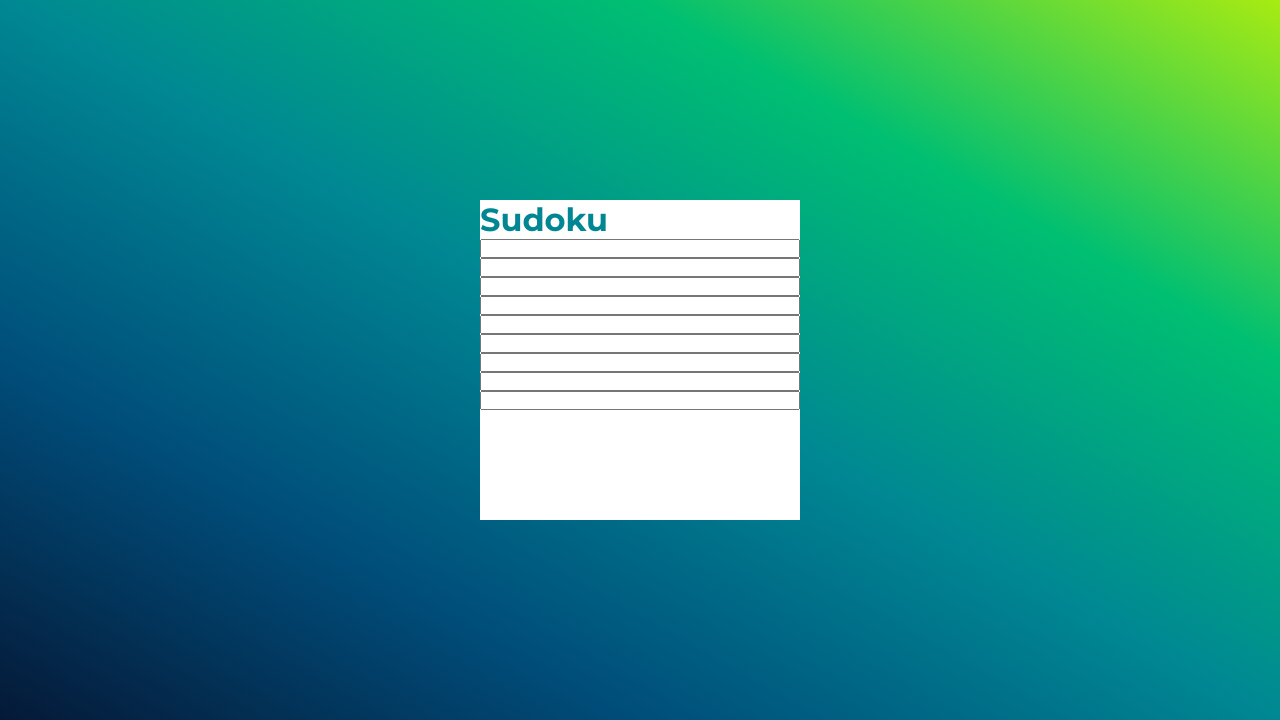
Repository: pattypetrikova/sudoku
Page: index.html
The author's editor kept a copy of each file at every save. The page is drawn from the files as they stood at one save, then again after the next save.
The browser window is 1280 px wide. The pictures show the whole page.

Above is the page before, as saved 2022-12-30 10:18:41.

After the next save:
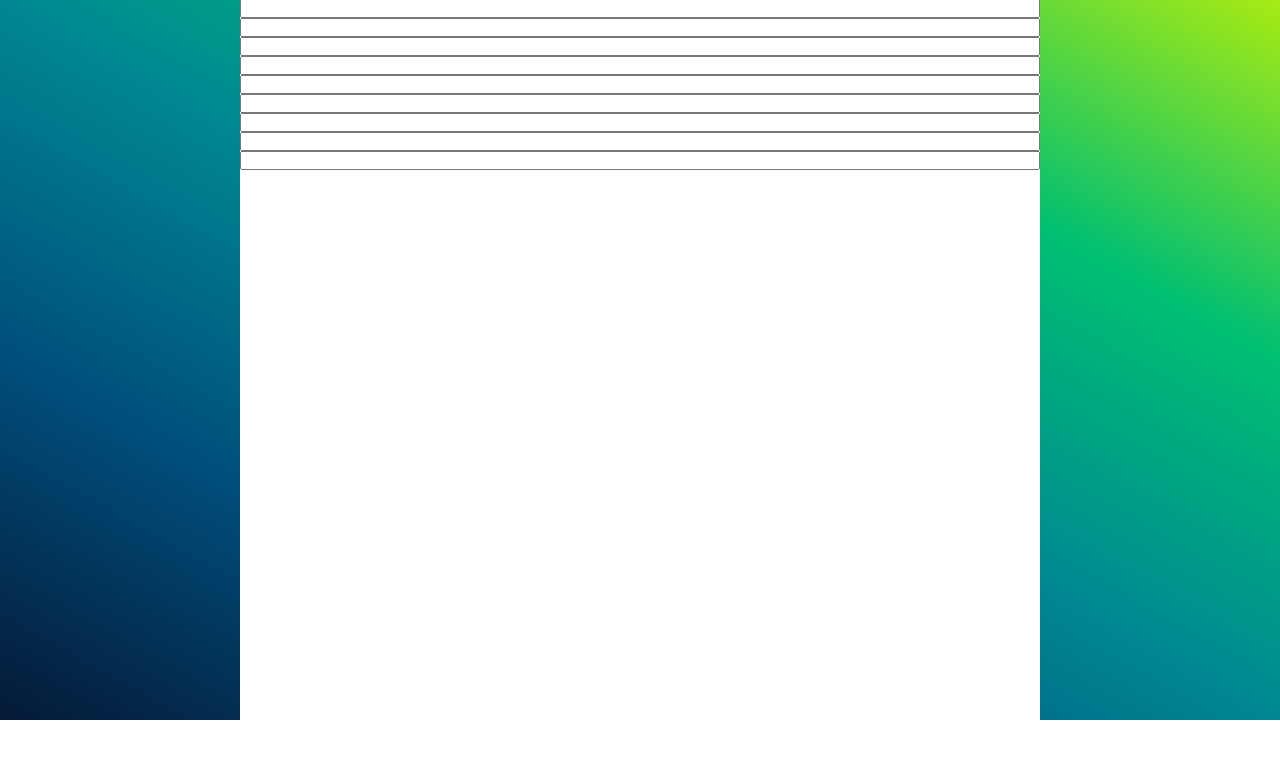
Saved 13 s later.
--- a/assets/style.css
+++ b/assets/style.css
@@ -24,8 +24,8 @@
 
 .game {
     background-color: white;
-    min-width: 20em;
-    min-height: 20em;
+    min-width: 50em;
+    min-height: 50em;
 }
 
 .title {
